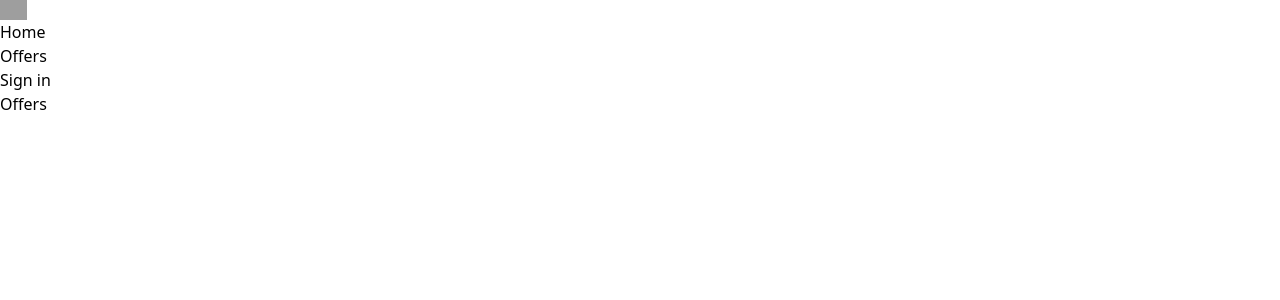
Repository: miraclesamson/realtor-clone
Page: /Offers
These files come from the project's save history. The page is drawn as it stood at one moment and after the next save; the edit follows.
The browser window is 1280 px wide. The pictures show the whole page.
Pictures or frames that could not be fetched are drawn as grey boxes. The project was rebuilt for these pictures with package versions that can differ from the ones it lists, and the page was loaded fresh each time. Also part of the build but not shown: src/App.css, src/pages/Home.jsx, src/pages/Profile.jsx, src/pages/SignIn.jsx, src/pages/SignUp.jsx, src/pages/ForgotPassword.jsx.

Above is the page before, as saved 2022-09-19 12:31:18.

After the next save:
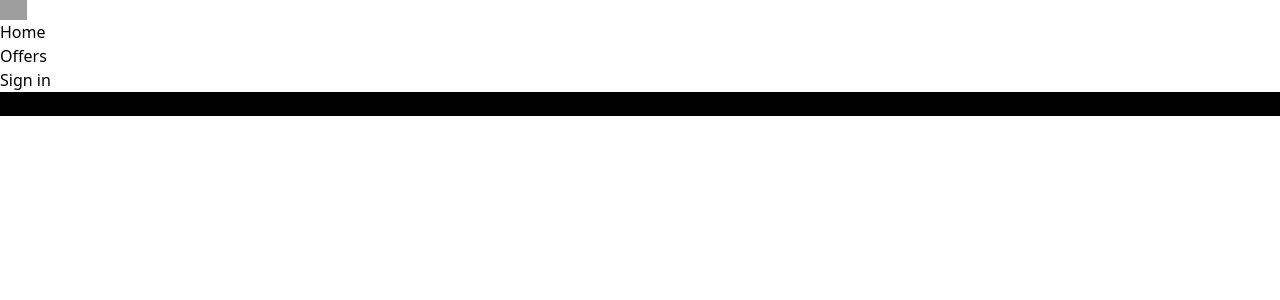
Saved 2 min 53 s later.
--- a/src/pages/Offers.jsx
+++ b/src/pages/Offers.jsx
@@ -1,5 +1,5 @@
 import React from "react";
 
 export default function Offers() {
-  return <div>Offers</div>;
+  return <div className="bg-black">Offers</div>;
 }
